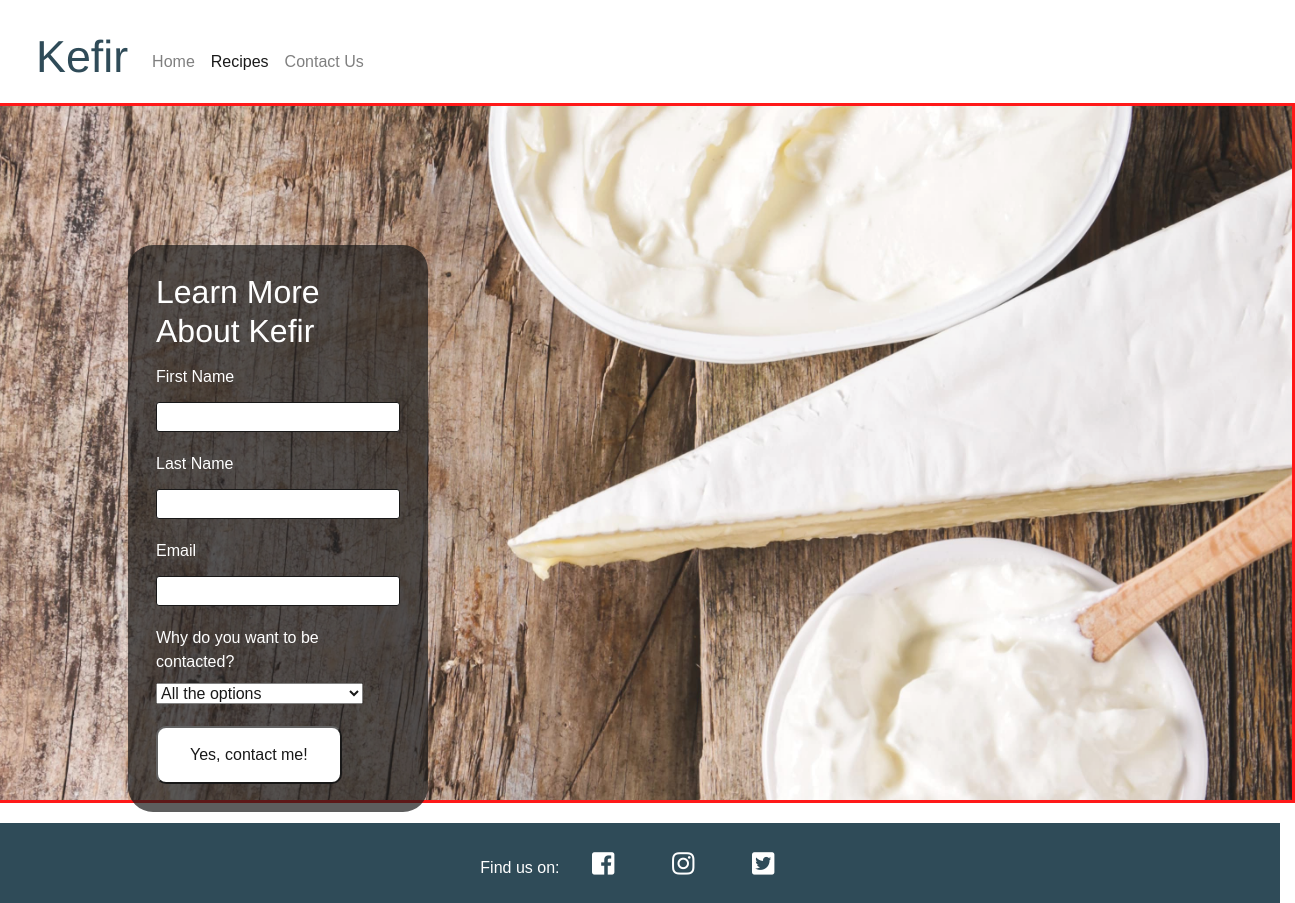
Repository: Code-Institute-Submissions/andna5980-kefir-repo_JuneResub
Page: contact.html
An editor plug-in stored every save of this project. The page is shown before and after the next save, followed by the edit.
The browser window is 1280 px wide. The page is 1295 px wide, so the pictures cover 1295 px, including what lies to the right of the window. The pictures show the whole page.
Some web fonts or font styles are not loaded; a fallback is used. Some web libraries are served in a nearby version.

Above is the page before, as saved 2021-03-02 22:52:02.

### contact.html
<!DOCTYPE html>
<html lang="en-US">

<head>
    <meta charset="UTF-8">
    <meta name="viewport" content="width=device-width, initial-scale=1.0">
    <meta name="author" content="Andres Navarrete">
    <meta name="description"
        content="Kefir, meet the power of nature. Bring the right knowledge and the best recipes from mother nature">
    <meta name="keywords" content="Kefir, recipes, natural-products, home-made, organic, healthy">
    <title>KEFIR | MEET THE POWER OF NATURE</title>
    <link rel="stylesheet" href="https://cdn.jsdelivr.net/npm/bootstrap@4.5.3/dist/css/bootstrap.min.css"
        integrity="sha384-TX8t27EcRE3e/ihU7zmQxVncDAy5uIKz4rEkgIXeMed4M0jlfIDPvg6uqKI2xXr2" crossorigin="anonymous">
    <link rel="stylesheet" href="https://use.fontawesome.com/releases/v5.6.3/css/all.css"
        integrity="sha384-UHRtZLI+pbxtHCWp1t77Bi1L4ZtiqrqD80Kn4Z8NTSRyMA2Fd33n5dQ8lWUE00s/" crossorigin="anonymous">
    <link href="./assets/styles/style.css" rel="stylesheet">
</head>

<body>
    <!--------------------Main-Header-------------------------------------->
    <header>
        <nav class="navbar navbar-expand-md navbar-light">
            <a class="navbar-brand" href="index.html">Kefir</a>
            <button class="navbar-toggler" type="button" data-toggle="collapse" data-target="#navbarNav"
                aria-controls="navbarNav" aria-expanded="false" aria-label="Toggle navigation">
                <span class="navbar-toggler-icon"></span>
            </button>
            <div class="collapse navbar-collapse" id="navbarNav">
                <ul class="navbar-nav">
                    <li class="nav-item">
                        <a class="nav-link" href="index.html">Home </a>
                    </li>
                    <li class="nav-item active">
                        <a class="nav-link" href="recipes.html">Recipes</a>
                    </li>
                    <li class="nav-item">
                        <a class="nav-link" href="contact.html">Contact Us<span class="sr-only">(current)</span></a>
                    </li>
                </ul>
            </div>
        </nav>
    </header>

    <!--------------------Form-section-------------------------------------->


    <section class="test-red form-section row">

        <form method="POST" action="https://formdump.codeinstitute.net/" class="contact-form">
            <h2>Learn More About Kefir</h2>
            <label for="fname">First Name</label>
            <input type="text" required id="fname" name="first_name" class="text-input">
            <label for="lname">Last Name</label>
            <input type="text" required id="lname" name="last_name" class="text-input">
            <label for="email">Email</label>
            <input type="email" required id="email" name="email_address" class="text-input">

            <label for="reason">Why do you want to be contacted?</label>
            <select name="reason" id="reason">
                <option value="information">General Information</option>
                <option value="recipes">Kefir Recipes</option>
                <option value="join">Join The Kefir Community</option>
                <option value="all" selected="">All the options</option>

                <input type="submit" value="Yes, contact me!" class="button">

        </form>

    </section>







</body>


<footer>
    <div class=" row">
        <div class=" col-12 social-networks">
            <span>Find us on:</span>
            <a href="http://facebook.com" target="_blank"><i class="fab fa-facebook-square"></i></a>

            <a href="http://instagram.com" target="_blank"><i class="fab fa-instagram"></i></a>

            <a href="http://twitter.com" target="_blank"><i class="fab fa-twitter-square"></i></a>
        </div>
    </div>
</footer>





<script src="https://code.jquery.com/jquery-3.2.1.slim.min.js"
    integrity="sha384-KJ3o2DKtIkvYIK3UENzmM7KCkRr/rE9/Qpg6aAZGJwFDMVNA/GpGFF93hXpG5KkN"
    crossorigin="anonymous"></script>
<script src="https://cdnjs.cloudflare.com/ajax/libs/popper.js/1.12.9/umd/popper.min.js"
    integrity="sha384-ApNbgh9B+Y1QKtv3Rn7W3mgPxhU9K/ScQsAP7hUibX39j7fakFPskvXusvfa0b4Q"
    crossorigin="anonymous"></script>
<script src="https://maxcdn.bootstrapcdn.com/bootstrap/4.0.0/js/bootstrap.min.js"
    integrity="sha384-JZR6Spejh4U02d8jOt6vLEHfe/JQGiRRSQQxSfFWpi1MquVdAyjUar5+76PVCmYl"
    crossorigin="anonymous"></script>

</html>

### assets/styles/style.css
@import url('https://fonts.googleapis.com/css2?family=Amatic+SC&family=Caveat+Brush&display=swap');

/*.container {
    margin: 15px;
}
*/

body {
    font-family: Arial, Helvetica, sans-serif;
    color: #2F4B58;
    max-width: 1950px;
}

h1, h2, h3 {
    font-family:  Caveat Brush, Helvetica, sans-serif;
    color: #2F4B58;
}


/*----------------------BORDER ROWS AND COLUMNS----------*/

.test-red {
    border: 3px solid red
}

.test-blue {
    border:1px solid blue
}


/*-----------------------Header ----------*/

.navbar-brand {
    font-family:  Caveat Brush, Helvetica, sans-serif;
    font-size: 280%;
    margin-left: 20px;
    margin-top: 10px;
}

.navbar-light .navbar-brand {
    color: #2F4B58;
}

.navbar-nav {
    float: right;
}

.navbar-nav li a{
    margin-top: 20px;
    color: #2F4B58;
}


.navbar-toggler {
    border: 2px solid #2F4B58;
    color: #2F4B58;
}


/* .navbar-collapse {
    align-items: stretch;
} */

/*-----------------------Hero-Image ----------*/

.container-hero {
    height: 400px;
    overflow: hidden;
}

.hero-image {
    height: 400px;
    width: 110%;
    background: url(../images/milk-kefir-grains-spoon_1024x1024.jpg) no-repeat center;
    animation-name: hero-zoom;
    animation-duration: 4s;
    animation-fill-mode: forwards;
}

.cover-text h2{
    color: whitesmoke;
    font-size: 140%;
    letter-spacing: 4px;
    text-align: center;



    width: 200px;
    height: 75px;

    padding-top: 10px;

    background-color: rgba(0, 0, 0, .5);
    border-radius: 30px;

    top: 200px;
    left: 100px;

    position: absolute;
}




/*------Animation of the Hero image-------*/

@keyframes hero-zoom {
    from{
        transform: scale(1);
    }
    to{
        transform: scale(1.2);
    }
}

/*-----------------------What-is-kefir-are----------*/

.welcome-text {
    text-align: center;
    margin: 25px, 0;
    padding-top: 30px;
}

.kefir-description{
    padding: 40px;
}

.kefir-description-image {
    padding-top: 20px;
    text-align: center;
}


/*-----------------------Kefir-Benefits-Area----------*/

.benefits-title {
    text-align: center;
    margin: 40px, 0;

}

.benefits-row {
    padding: 40px;
    color: #2F4B58;

}

.benefits-box1 {
    background-color: #ECECDE;
}




/*-----------------------Testimonies----------*/
.testimonies-title {
    text-align: center;
    margin: 25px, 0;
    margin-top: 10px;
    margin-bottom: 10px;
}

.testimony-image1 {
   padding-top: 40px;
   /* padding-left: 50px;  */
   display: flex;
   justify-content: center;
}

.testimony-image2 {
    padding-top: 40px;
    /* padding-left: 100px;  */
    display: flex;
   justify-content: center;
 }


.testimony-box {
    padding: 50px;
    justify-content: center;
}


/*-----------------------Recipes-Page----------*/

.recipes-title{
    text-align: center;
    margin: 40px, 0;
}

.picture-box {
    padding-top: 5px;
    display: flex;
   justify-content: center;
 }


/*-----------------------Contact-Page----------*/

.form-section {
    clear: right;
    background: url(/assets/images/milk-products-dairy-wood-table.jpg);
    opacity: 0.9;
    background-size: cover;
    background-position: right;
    height: 700px;
}

.contact-form {
    margin-top: 139px;
    color: white;
    background-color: rgba(0, 0, 0, 0.7);
    max-width: 300px;
    position: absolute;
    left: 10%;
    padding: 28px;
    border-radius: 25px;
}

.contact-form > h2 {
    margin-bottom: 15px;
    font-size: xx-large;
    color: white;
}

.text-input {
    background: white;
    color: black;
    width: 100%;
    height: 30px;
    margin: 5px 0 20px 0;
    border: 1px solid black;
    border-radius: 3px;
}

.button {
    margin-top: 20px;
    border-radius: 10px;
    padding: 15px 32px 15px 32px;
    text-align: center;
    font-size: 100%;
    background-color: white;
    color: black;
    display: block;
}

.button:hover {
    background-color: black;
    color: white;
}






/*-----------------------Footer----------*/

 footer {
    height: 80px;
    width: 100%;
    background-color: #2F4B58;
    overflow: hidden;
    margin-top: 20px;

}

.social-networks {
    text-align: center;
    margin-right: 20px;
}

.social-networks a {
    color: white;
    display: inline-block;

    margin: 1px;
    padding: 2%;

    transition: all 0.35s ease-in-out;
    -moz-transition: all 0.35s ease-in-out;
    -webkit-transition: all 0.35s ease-in-out;
    -o-transition: all 0.35s ease-in-out;
}

.social-networks a i:hover {
    color: black;
}

.social-networks i {
    font-size: 160%;
    margin: 1%;
    padding: 5%;
    color: white;
  }

  .social-networks span {
    color: white;
}

After the next save:
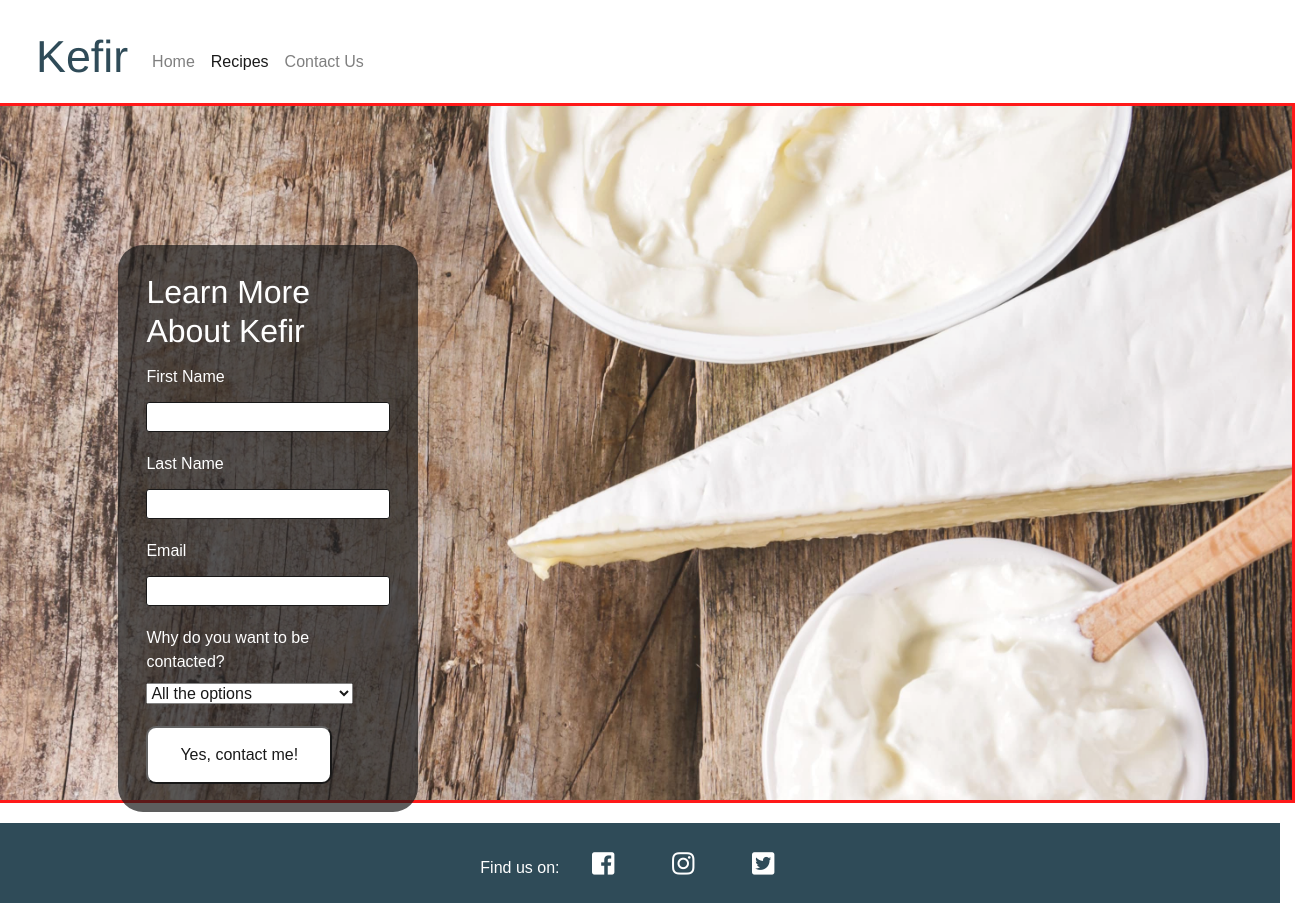
Saved 64 s later.
--- a/contact.html
+++ b/contact.html
@@ -45,26 +45,26 @@
 
 
     <section class="test-red form-section row">
+        <div class="col">
+            <form method="POST" action="https://formdump.codeinstitute.net/" class="contact-form">
+                <h2>Learn More About Kefir</h2>
+                <label for="fname">First Name</label>
+                <input type="text" required id="fname" name="first_name" class="text-input">
+                <label for="lname">Last Name</label>
+                <input type="text" required id="lname" name="last_name" class="text-input">
+                <label for="email">Email</label>
+                <input type="email" required id="email" name="email_address" class="text-input">
 
-        <form method="POST" action="https://formdump.codeinstitute.net/" class="contact-form">
-            <h2>Learn More About Kefir</h2>
-            <label for="fname">First Name</label>
-            <input type="text" required id="fname" name="first_name" class="text-input">
-            <label for="lname">Last Name</label>
-            <input type="text" required id="lname" name="last_name" class="text-input">
-            <label for="email">Email</label>
-            <input type="email" required id="email" name="email_address" class="text-input">
+                <label for="reason">Why do you want to be contacted?</label>
+                <select name="reason" id="reason">
+                    <option value="information">General Information</option>
+                    <option value="recipes">Kefir Recipes</option>
+                    <option value="join">Join The Kefir Community</option>
+                    <option value="all" selected="">All the options</option>
 
-            <label for="reason">Why do you want to be contacted?</label>
-            <select name="reason" id="reason">
-                <option value="information">General Information</option>
-                <option value="recipes">Kefir Recipes</option>
-                <option value="join">Join The Kefir Community</option>
-                <option value="all" selected="">All the options</option>
-
-                <input type="submit" value="Yes, contact me!" class="button">
-
-        </form>
+                    <input type="submit" value="Yes, contact me!" class="button">
+            </form>
+        </div>
 
     </section>
 
